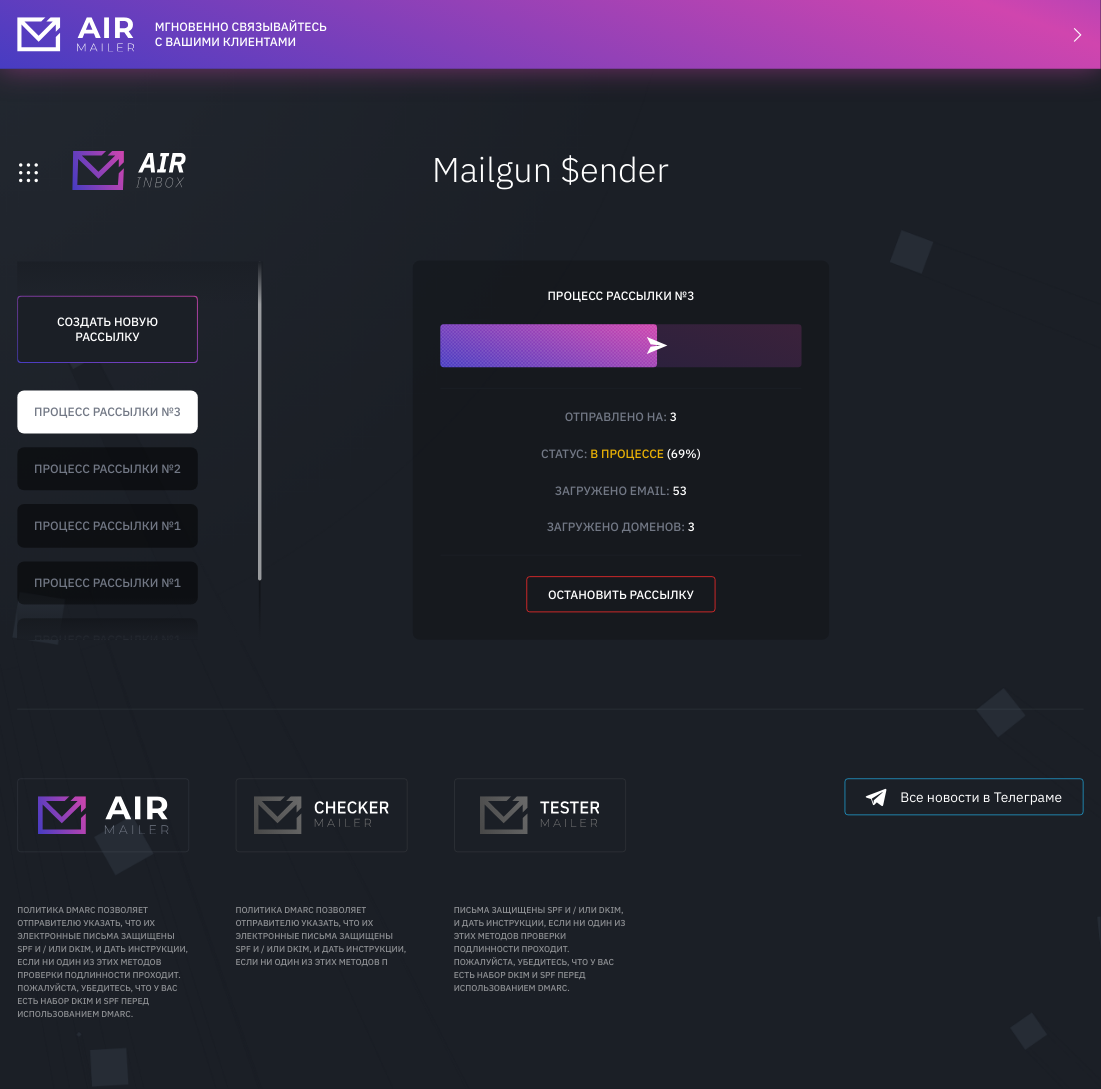
Repository: Hudson8811/air-helper
Page: step_4.html
The author's editor kept a copy of each file at every save. The page is drawn from the files as they stood at one save, then again after the next save.
The browser window is 1280 px wide. The pictures show the whole page, at 86% of full size.

Above is the page before, as saved 2020-06-03 11:06:55.

### step_4.html
<!DOCTYPE html>
<html lang="ru">
<head>
<meta charset="UTF-8">
<meta name="viewport" content="width=device-width, height=device-height, initial-scale=1.0, user-scalable=no, user-scalable=0">
<title>step 4</title>
<link href="css/style.css?v=204" type="text/css" rel="stylesheet">
<link href="css/media.css?v=204" type="text/css" rel="stylesheet">
<script src="js/jquery-3.2.1.min.js"></script>
</head>
<body>

<!-- site BEGIN -->
<div id="site">
  <canvas id="bg-animated"></canvas>
  <a href="#" class="appeal-link">
    <img src="images/airmailer-logo--white.svg" alt="airmailer" class="appeal-link__logo"> Мгновенно связывайтесь<br>с вашими клиентами <span class="icon-arrow appeal-link__arrow"></span>
  </a>
  <div class="site">
    <!-- header BEGIN -->
    <header class="header">
      <div class="header__left">
        <nav class="nav header__nav" role="navigation">
          <button class="nav__toggle">
            <span class="icon-dotted nav__toggle-icon"></span>
          </button>
          <ul class="nav__dropdown">
            <li class="nav__item">
              <a href="#" class="nav__link nav__link--current">
                <img src="images/airmailer-logo--gradient.svg" alt="airmailer" class="nav__logo">
              </a>
            </li>
            <li class="nav__item">
              <a href="#" class="nav__link">
                <img src="images/checkermailer-logo--gradient.svg" alt="checkermailer" class="nav__logo">
              </a>
            </li>
            <li class="nav__item">
              <a href="#" class="nav__link">
                <img src="images/testermailer-logo--gradient.svg" alt="testermailer" class="nav__logo">
              </a>
            </li>
          </ul>
        </nav>
        <a href="/" class="header__logo">
          <img src="images/logo-airinbox.svg" class="header__logo-img" alt="airinbox">
        </a>
      </div>
      <div class="header__content">
        <h1 class="title title--size_1 header__title">Mailgun $ender</h1>
      </div>
    </header>
    <!-- header END -->
    <!-- mailing BEGIN -->
    <div class="mailing">
      <div class="mailing__nav-ob">
        <div class="mailing__nav-wrap js-mailing__nav-wrap">

        <div class="mailing__nav">

          <a href="#" class="mailing__nav-btn">Создать новую рассылку</a>
          <a href="#mailing-1" class="mailing__nav-link is-active">Процесс рассылки №3</a>
          <a href="#mailing-2" class="mailing__nav-link">Процесс рассылки №2</a>
          <a href="#mailing-3" class="mailing__nav-link">Процесс рассылки №1</a>
          <a href="#mailing-4" class="mailing__nav-link">Процесс рассылки №1</a>
          <a href="#mailing-5" class="mailing__nav-link">Процесс рассылки №1</a>
        </div>
      </div>
      </div>
      <div class="mailing__block">
        <a href="#mailing-1" class="mailing__nav-link--mobile mailing__nav-link is-active">Процесс рассылки №3</a>
        <div id="mailing-1" class="mailing__item is-show">
          <div class="mailing__item-title">Процесс рассылки №3</div>
          <div class="process mailing__item-process">
            <div class="process__current" style="width: 60%;">
              <span class="icon-send process__current-icon"></span>
            </div>
          </div>
          <div class="mailing__item-description">
            <div class="mailing__item-line">Отправлено на: <span class="color--white">3</span></div>
            <div class="mailing__item-line">Статус: <span class="color--yellow">В процессе</span> <span class="color--white">(69%)</span></div>
            <div class="mailing__item-line">Загружено email: <span class="color--white">53</span></div>
            <div class="mailing__item-line">Загружено доменов: <span class="color--white">3</span></div>
          </div>
          <a class="mailing__item-stop">Остановить рассылку</a>
        </div>
        <a href="#mailing-2" class="mailing__nav-link--mobile mailing__nav-link">Процесс рассылки №2</a>
        <div id="mailing-2" class="mailing__item">
          <div class="mailing__item-title">Процесс рассылки №2</div>
          <div class="process mailing__item-process">
            <div class="process__current" style="width: 40%;">
              <span class="icon-send process__current-icon"></span>
            </div>
          </div>
          <div class="mailing__item-description">
            <div class="mailing__item-line">Отправлено на: <span class="color--white">1</span></div>
            <div class="mailing__item-line">Статус: <span class="color--yellow">В процессе</span> <span class="color--white">(40%)</span></div>
            <div class="mailing__item-line">Загружено email: <span class="color--white">40</span></div>
            <div class="mailing__item-line">Загружено доменов: <span class="color--white">5</span></div>
          </div>
          <a class="mailing__item-stop">Остановить рассылку</a>
        </div>
        <a href="#mailing-3" class="mailing__nav-link--mobile mailing__nav-link">Процесс рассылки №1</a>
        <div id="mailing-3" class="mailing__item">
          <div class="mailing__item-title">Процесс рассылки №1</div>
          <div class="process mailing__item-process">
            <div class="process__current" style="width: 30%;">
              <span class="icon-send process__current-icon"></span>
            </div>
          </div>
          <div class="mailing__item-description">
            <div class="mailing__item-line">Отправлено на: <span class="color--white">2</span></div>
            <div class="mailing__item-line">Статус: <span class="color--yellow">В процессе</span> <span class="color--white">(60%)</span></div>
            <div class="mailing__item-line">Загружено email: <span class="color--white">80</span></div>
            <div class="mailing__item-line">Загружено доменов: <span class="color--white">4</span></div>
          </div>
          <a class="mailing__item-stop">Остановить рассылку</a>
        </div>
        <a href="#mailing-4" class="mailing__nav-link--mobile mailing__nav-link">Процесс рассылки №1</a>
        <div id="mailing-4" class="mailing__item">
          <div class="mailing__item-title">Процесс рассылки №2</div>
          <div class="process mailing__item-process">
            <div class="process__current" style="width: 90%;">
              <span class="icon-send process__current-icon"></span>
            </div>
          </div>
          <div class="mailing__item-description">
            <div class="mailing__item-line">Отправлено на: <span class="color--white">1</span></div>
            <div class="mailing__item-line">Статус: <span class="color--yellow">В процессе</span> <span class="color--white">(40%)</span></div>
            <div class="mailing__item-line">Загружено email: <span class="color--white">40</span></div>
            <div class="mailing__item-line">Загружено доменов: <span class="color--white">5</span></div>
          </div>
          <a class="mailing__item-stop">Остановить рассылку</a>
        </div>
        <a href="#mailing-5" class="mailing__nav-link--mobile mailing__nav-link">Процесс рассылки №1</a>
        <div id="mailing-5" class="mailing__item">
          <div class="mailing__item-title">Процесс рассылки №1</div>
          <div class="process mailing__item-process">
            <div class="process__current" style="width: 55%;">
              <span class="icon-send process__current-icon"></span>
            </div>
          </div>
          <div class="mailing__item-description">
            <div class="mailing__item-line">Отправлено на: <span class="color--white">2</span></div>
            <div class="mailing__item-line">Статус: <span class="color--yellow">В процессе</span> <span class="color--white">(60%)</span></div>
            <div class="mailing__item-line">Загружено email: <span class="color--white">80</span></div>
            <div class="mailing__item-line">Загружено доменов: <span class="color--white">4</span></div>
          </div>
          <a class="mailing__item-stop">Остановить рассылку</a>
        </div>
      </div>
    </div>
    <!-- mailing END -->
    <!-- footer BEGIN -->
    <footer class="footer">
      <div class="services-list footer__services">
        <div class="services-list__col">
          <div class="services services--current">
            <div class="services__picture">
              <img src="images/airmailer-logo--gradient-white.svg" alt="airmailer" class="services__logo">
            </div>
            <div class="services__desc">Политика DMARC позволяет отправителю указать, что их электронные письма защищены SPF и / или DKIM, и дать инструкции, если ни один из этих методов проверки подлинности проходит. Пожалуйста, убедитесь, что у вас есть набор DKIM и SPF перед использованием DMARC.</div>
          </div>
        </div>
        <div class="services-list__col">
          <div class="services">
            <div class="services__picture">
              <img src="images/checkermailer-logo--gradient-white.svg" alt="checkermailer" class="services__logo">
            </div>
            <div class="services__desc">Политика DMARC позволяет отправителю указать, что их электронные письма защищены SPF и / или DKIM, и дать инструкции, если ни один из этих методов п</div>
          </div>
        </div>
        <div class="services-list__col">
          <div class="services">
            <div class="services__picture">
              <img src="images/testermailer-logo--gradient-white.svg" alt="testermailer" class="services__logo">
            </div>
            <div class="services__desc"> письма защищены SPF и / или DKIM, и дать инструкции, если ни один из этих методов проверки подлинности проходит. Пожалуйста, убедитесь, что у вас есть набор DKIM и SPF перед использованием DMARC.</div>
          </div>
        </div>
      </div>
      <a href="#" class="telegram footer__telegram">
        <span class="icon-telegram telegram__icon"></span> Все новости в Телеграме
      </a>
    </footer>
    <!-- footer END -->
  </div>
</div>
<!-- site END -->

<!-- range slider ↓ -->
<script src="js/ion.rangeSlider.min.js?v=204"></script>
<!-- date & time picker slider ↓ -->
<script src="js/jquery.datetimepicker.full.min.js?v=204"></script>

<script src="js/jquery.mCustomScrollbar.concat.min.js"></script>
<!-- main ↓ -->
<script src="js/main.js?v=204"></script>

</body>
</html>

### js/main.js
$(document).ready(function(){
    // helper toggle
    $('.helper-item__header').click(function(){
        $(this).parent('.helper-item').toggleClass('helper-item--show');
        $(this).siblings('.helper-item__dropdown').stop(true, true).slideToggle(220);
    });



    // file upload
    $('.js-upload-input').on('change', function() {
        var splittedFakePath = this.value.split('\\');
        $(this).siblings('.upload-file__label').toggleClass('is-hide');
        $(this).siblings('.upload-file__result').toggleClass('is-show');
        $(this).siblings('.upload-file__result').find('.upload-file__title').text(splittedFakePath[splittedFakePath.length - 1]);
        $(this).siblings('.upload-file__result').append('<div class="js-delete-upload btn-delete upload-file__delete"><span class="icon-close btn-delete__icon"></span></div>');
    });


    // range slider
    if($('.js-range-slider').length>0){
        $('.js-range-slider').ionRangeSlider();
    }



    // date & time picker

    if($('.js-picke').length>0){
        $('.js-picker').datetimepicker();
    }




    if($('.js-mailing__nav-wrap').length>0){
        $('.js-mailing__nav-wrap').mCustomScrollbar({
            theme:'light'
        });
    }



    // helper toggle
    $('.sender__date-toggle').click(function(){
        $(this).toggleClass('is-active');
        $('.sender__date-title, .sender__date-action').toggleClass('is-show');
    });



    // tabs
    $('.mailing__nav-link').click(function() {
        $('.mailing__block').removeClass('mb-hidden');
        $('.mailing__item').removeClass('mb-hidden');
        $('.mailing__nav-link').removeClass('is-active mb-decor');
        $(this).addClass('is-active');
        $('.mailing__item').removeClass('is-show');
        var activeTab = $(this).attr('href');
        $(activeTab).addClass('is-show');
        event.preventDefault();
    });
});

$(document).mouseup(function(e) {
    // hide nav dropdown on click outside
    var container = $('.nav__dropdown');
    if (!container.is(e.target) && container.has(e.target).length === 0){
        $('.nav__toggle').removeClass('nav__toggle--active');
        $('.nav__dropdown').removeClass('nav__dropdown--show');
        // toggle nav theme
        $('.nav__toggle').click(function(){
            $(this).toggleClass('nav__toggle--active');
            $('.nav__dropdown').toggleClass('nav__dropdown--show');
        });
    }
});

// background animated
var c = document.getElementById("bg-animated");
if (typeof c !== 'undefined') {
    var ctx = c.getContext("2d");

    function resize() {
        var box = c.getBoundingClientRect();
        c.width = box.width;
        c.height = box.height;
    }

    var light = {
        x: -200,
        y: -200
    }

    var colors = ["#262C35", "#262C35", "#262C35"];

    function drawLight() {
        ctx.beginPath();
        ctx.arc(light.x, light.y, 1000, 0, 2 * Math.PI);
        var gradient = ctx.createRadialGradient(light.x, light.y, 0, light.x, light.y, 1000);
        gradient.addColorStop(0, "#262C35");
        gradient.addColorStop(1, "#1B1F26");
        ctx.fillStyle = gradient;
        ctx.fill();

        ctx.beginPath();
        ctx.arc(light.x, light.y, 20, 0, 2 * Math.PI);
        gradient = ctx.createRadialGradient(light.x, light.y, 0, light.x, light.y, 5);
        gradient.addColorStop(0, "#fff");
        gradient.addColorStop(1, "#3b4654");
        ctx.fillStyle = gradient;
        ctx.fill();
    }

    function Box() {
        this.half_size = Math.floor((Math.random() * 50) + 1);
        this.x = Math.floor((Math.random() * c.width) + 1);
        this.y = Math.floor((Math.random() * c.height) + 1);
        this.r = Math.random() * Math.PI;
        this.shadow_length = 2000;
        this.color = colors[Math.floor((Math.random() * colors.length))];

        this.getDots = function() {

            var full = (Math.PI * 2) / 4;


            var p1 = {
                x: this.x + this.half_size * Math.sin(this.r),
                y: this.y + this.half_size * Math.cos(this.r)
            };
            var p2 = {
                x: this.x + this.half_size * Math.sin(this.r + full),
                y: this.y + this.half_size * Math.cos(this.r + full)
            };
            var p3 = {
                x: this.x + this.half_size * Math.sin(this.r + full * 2),
                y: this.y + this.half_size * Math.cos(this.r + full * 2)
            };
            var p4 = {
                x: this.x + this.half_size * Math.sin(this.r + full * 3),
                y: this.y + this.half_size * Math.cos(this.r + full * 3)
            };

            return {
                p1: p1,
                p2: p2,
                p3: p3,
                p4: p4
            };
        }
        this.rotate = function() {
            var speed = (60 - this.half_size) / 20;
            this.r += speed * 0.002;
            this.x += speed;
            this.y += speed;
        }
        this.draw = function() {
            var dots = this.getDots();
            ctx.beginPath();
            ctx.moveTo(dots.p1.x, dots.p1.y);
            ctx.lineTo(dots.p2.x, dots.p2.y);
            ctx.lineTo(dots.p3.x, dots.p3.y);
            ctx.lineTo(dots.p4.x, dots.p4.y);
            ctx.fillStyle = this.color;
            ctx.fill();


            if (this.y - this.half_size > c.height) {
                this.y -= c.height + 100;
            }
            if (this.x - this.half_size > c.width) {
                this.x -= c.width + 100;
            }
        }
        this.drawShadow = function() {
            var dots = this.getDots();
            var angles = [];
            var points = [];

            for (dot in dots) {
                var angle = Math.atan2(light.y - dots[dot].y, light.x - dots[dot].x);
                var endX = dots[dot].x + this.shadow_length * Math.sin(-angle - Math.PI / 2);
                var endY = dots[dot].y + this.shadow_length * Math.cos(-angle - Math.PI / 2);
                angles.push(angle);
                points.push({
                    endX: endX,
                    endY: endY,
                    startX: dots[dot].x,
                    startY: dots[dot].y
                });
            };

            for (var i = points.length - 1; i >= 0; i--) {
                var n = i == 3 ? 0 : i + 1;
                ctx.beginPath();
                ctx.moveTo(points[i].startX, points[i].startY);
                ctx.lineTo(points[n].startX, points[n].startY);
                ctx.lineTo(points[n].endX, points[n].endY);
                ctx.lineTo(points[i].endX, points[i].endY);
                ctx.fillStyle = "#1B1F26";
                ctx.fill();
            };
        }
    }

    var boxes = [];

    function draw() {
        ctx.clearRect(0, 0, c.width, c.height);
        drawLight();

        for (var i = 0; i < boxes.length; i++) {
            boxes[i].rotate();
            boxes[i].drawShadow();
        };
        for (var i = 0; i < boxes.length; i++) {
            collisionDetection(i)
            boxes[i].draw();
        };
        requestAnimationFrame(draw);
    }

    resize();
    draw();

    while (boxes.length < 14) {
        boxes.push(new Box());
    }

    window.onresize = resize;
    c.onmousemove = function(e) {
        light.x = e.offsetX == undefined ? e.layerX : e.offsetX;
        light.y = e.offsetY == undefined ? e.layerY : e.offsetY;
    }


    function collisionDetection(b){
        for (var i = boxes.length - 1; i >= 0; i--) {
            if(i != b){
                var dx = (boxes[b].x + boxes[b].half_size) - (boxes[i].x + boxes[i].half_size);
                var dy = (boxes[b].y + boxes[b].half_size) - (boxes[i].y + boxes[i].half_size);
                var d = Math.sqrt(dx * dx + dy * dy);
                if (d < boxes[b].half_size + boxes[i].half_size) {
                    boxes[b].half_size = boxes[b].half_size > 1 ? boxes[b].half_size-=1 : 1;
                    boxes[i].half_size = boxes[i].half_size > 1 ? boxes[i].half_size-=1 : 1;
                }
            }
        }
    }
}

Loaded but not shown: js/jquery-3.2.1.min.js (library); css/ion.rangeSlider.min.css (library); css/jquery.datetimepicker.min.css (library); css/jquery.mCustomScrollbar.min.css (library); js/ion.rangeSlider.min.js (library); js/jquery.datetimepicker.full.min.js (library); js/jquery.mCustomScrollbar.concat.min.js (library); css/style.css (2643 lines, source omitted); css/media.css (336 lines, source omitted); css/fonts.css (54 lines, source omitted)

After the next save:
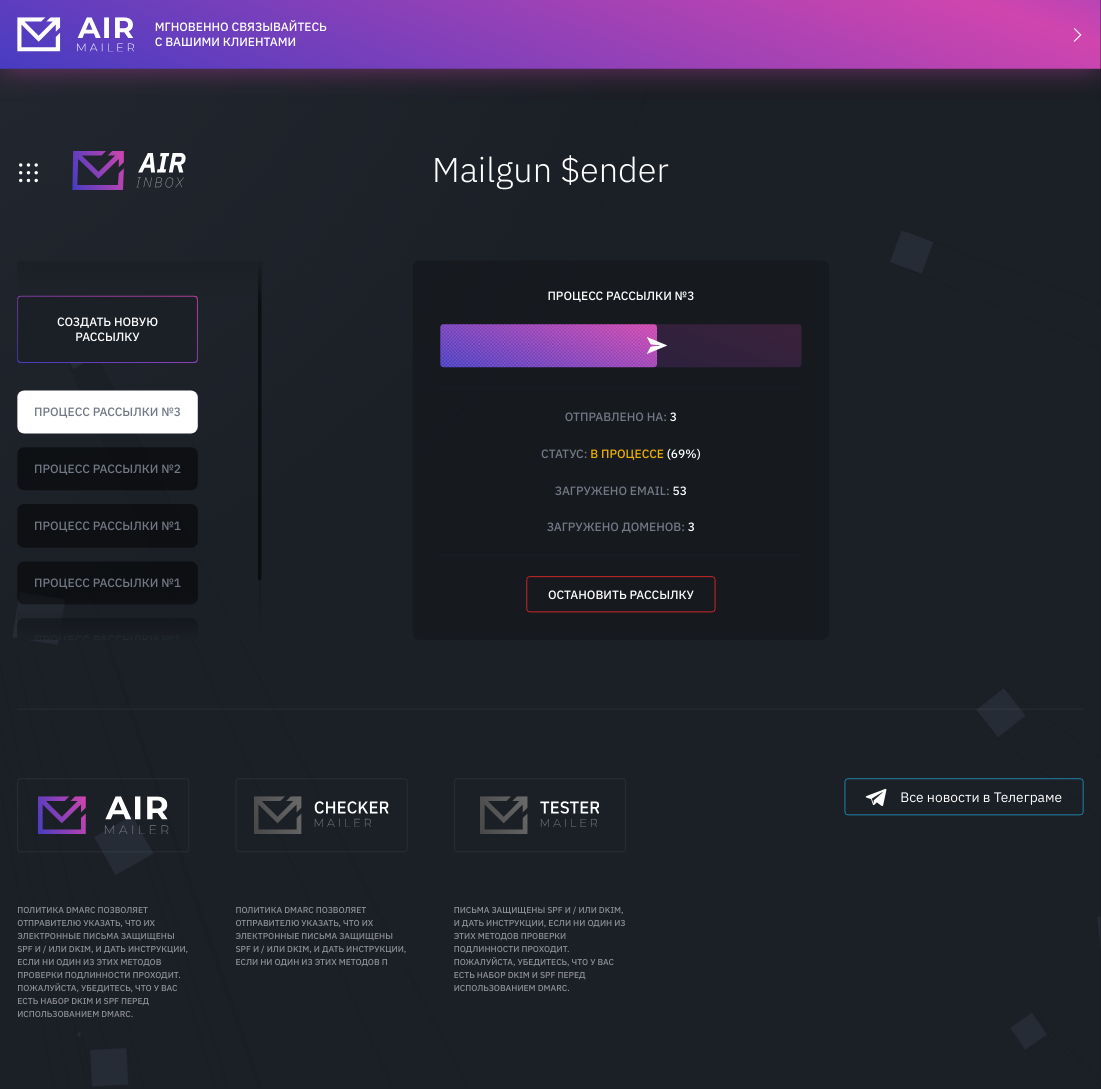
Saved 10 s later.
--- a/js/main.js
+++ b/js/main.js
@@ -35,7 +35,7 @@
 
     if($('.js-mailing__nav-wrap').length>0){
         $('.js-mailing__nav-wrap').mCustomScrollbar({
-            theme:'light'
+            theme:'dark'
         });
     }
 

After the save that followed:
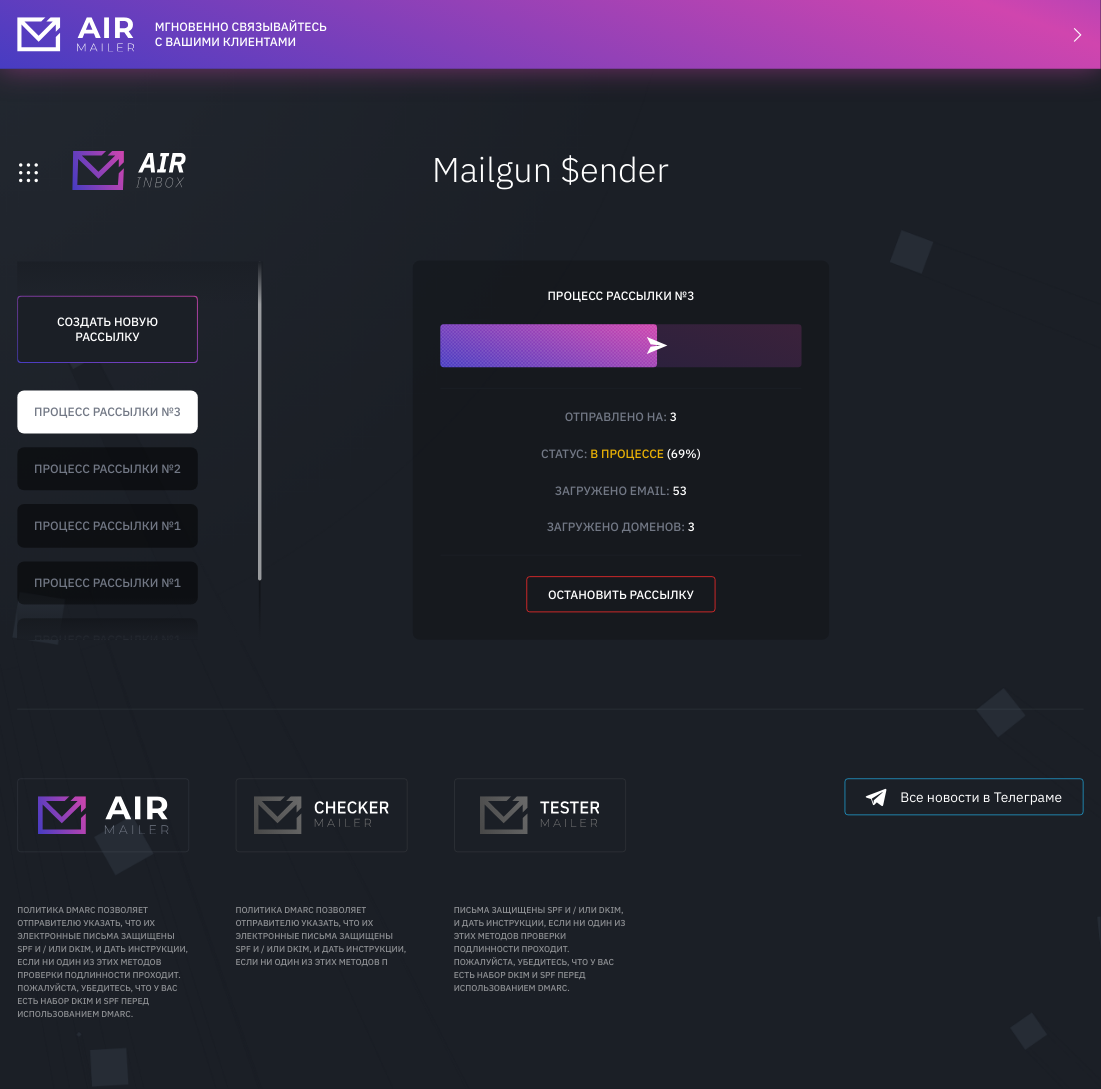
Saved 7 s later.
--- a/js/main.js
+++ b/js/main.js
@@ -35,7 +35,7 @@
 
     if($('.js-mailing__nav-wrap').length>0){
         $('.js-mailing__nav-wrap').mCustomScrollbar({
-            theme:'dark'
+            theme:'light'
         });
     }
 
